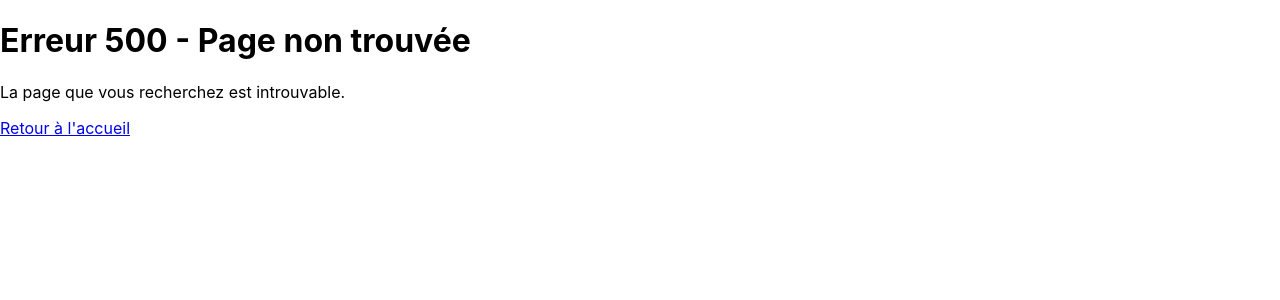
Repository: BAAOUA/Front_Pointage
Page: /Erruer/{msg}
The author's editor kept a copy of each file at every save. The page is drawn from the files as they stood at one save, then again after a run of saves.
The browser window is 1280 px wide. The pictures show the whole page.
The project was rebuilt for these pictures with package versions that can differ from the ones it lists, and the page was loaded fresh each time. Also part of the build but not shown: src/App.css, src/composantes/styles.css, src/composantes/Principale.jsx, src/composantes/AddEmployees.jsx, src/composantes/ListEmployees.jsx, src/composantes/Login.jsx.

Above is the page before, as saved 2025-02-20 10:32:44.

### src/App.js
import './App.css'
import './composantes/styles.css'

import { createBrowserRouter, RouterProvider } from 'react-router-dom'
import Principale from './composantes/Principale'
import AddEmployees from './composantes/AddEmployees'
import ListEmployees from './composantes/ListEmployees'
import Login from './composantes/Login'

import { Provider } from 'react-redux'
import store from './store/store'
import ProtectedRoute from './services/ProtectedRoute'
import Error500 from './composantes/ServerError'

const route = createBrowserRouter([
  {
    path:"/",
    element: <Principale/>,
    children: [
      {
        path: "/ajouter",
        element :
          <ProtectedRoute>
            <AddEmployees/>
          </ProtectedRoute>

      },
      {
        path : "/affiche",
        element:
          <ProtectedRoute>
            <ListEmployees/>
          </ProtectedRoute>

      }
    ]
  },
  {
    path: "/login",
    element : <Login/>
  },
  {
    path: "/Erruer/:msg",
    element : <Error500/>
  },
])

function App() {
  return (
    <Provider store={store}>
      <RouterProvider router={route}/>
    </Provider>
  );
}

export default App;

### src/store/store.jsx
import { configureStore } from "@reduxjs/toolkit";
import employeeRedicer from "./employeeSlice"

const store = configureStore({
  reducer:{
    "employee": employeeRedicer
  }
})

export default store

### src/services/ProtectedRoute.jsx
import { useEffect } from "react"
import { useLocation, useNavigate } from "react-router-dom"


export default function ProtectedRoute({children}){
  const navigate = useNavigate()
  const location = useLocation()

  const accessToken = localStorage.getItem("accessToken")
  //console.log("token   ", accessToken)
  useEffect(()=>{
    if(accessToken == null){
      localStorage.setItem('redirectTo', location.pathname)
      navigate("/login")
    }
  },[accessToken, navigate, location.pathname])

  return children
}

### src/composantes/ServerError.jsx
import { Link, useParams } from "react-router"


export default function Error500(){
  const msg = useParams('msg')
  return (
    <div>
      <h1>Erreur 500 - Page non trouvée</h1>
      <p>La page que vous recherchez est introuvable.</p>
      <Link to="/">Retour à l'accueil</Link>
    </div>
  )
}

### src/services/APIService.jsx
import axios from "axios";

const API = axios.create({
  baseURL: "http://localhost:8080",
  headers:{
    "Content-Type": "application/json"
  }
})

const configure = (isMultipartFile = false, config={})=>{
  if(isMultipartFile){
    config.headers = {
      ...config.headers, "Content-Type":"multipart/form-data"
    }
  }
  return config
}

const GET = async (url)=> {
  try {
    const config = configure()
    const response = await API.get(url, config)
    return response
  } catch (error) {
    return error
  }
}

const POST = async (url, data, isMultipartFile = false) => {
  try {
    const config = configure(isMultipartFile)
    const response = await API.post(url, data, config)
    return response
  } catch (error) {
    return error
  }
}

API.interceptors.response.use(
  (response) => {
    return {
      success: true,
      data: response.data
    }
  },
  async (error) => {
    if (error.response?.status === 500) {
      window.location = `/Erruer/Un erreur rencontrer`
    }
    if(error.response?.status ===403) {
      //window.location = "/login"
      window.history.back()
      alert('Accès refusé - Vous n\'avez pas les droits nécessaires')
    }

    const originalRequest = error.config

    if (error.response?.status === 401 && !originalRequest._retry) {
      originalRequest._retry = true

      try {
        const refreshToken = localStorage.getItem('refreshToken')
        localStorage.removeItem('accessToken')
        if (refreshToken == null) {
          localStorage.removeItem('accessToken')
          localStorage.removeItem('refreshToken')
          window.location.href = "/login"
        }
        const response = await API.post('/auth/refresh-token', refreshToken)
        const data = response.data
        console.log("repondse refresh token===========   ", data)

        localStorage.setItem('accessToken', data.accessToken)
        localStorage.setItem('refreshToken', data.refreshToken)
        originalRequest.headers.Authorization = `Bearer ${data.accessToken}`
        return API(originalRequest)

      } catch (refreshError) {

        localStorage.removeItem('accessToken')
        localStorage.removeItem('refreshToken')
        window.location.href = "/login"
      }
    }
    console.log("erreur.....")
    return Promise.reject(handleError(error))
  }
  )

API.interceptors.request.use(
  (request)=>{
    const token = localStorage.getItem("accessToken")
    if(token != null){
      request.headers = {
        ...request.headers,
        Authorization : `Bearer ${token}`
      }
    }
    return request
  },
  async (error)=>{
    return Promise.reject(handleError(error))
  }
)

const handleError = (error) => {
  if (error.response) {
    return {
      success: false,
      status: error.response?.status,
      message: error.response?.data || 'Une erreur est survenue',
      code: error.response?.code || 'UNKNOWN_ERROR',
    }
  } else if (error.request) {
    return {
      success: false,
      message: 'Problème de connexion au serveur.',
      code: 'NETWORK_ERROR',
    }

  } else {
    return {
      success: false,
      message: 'Une erreur inconnue est survenue.',
      code: 'UNKNOWN_ERROR',
    }
  }
}

export default API
export {GET, POST}

### src/store/employeeSlice.jsx
import { createAsyncThunk, createSlice } from "@reduxjs/toolkit";
import { GET, POST } from "../services/APIService";

export const fetchEmployees = createAsyncThunk('employee/fetch', async (date)=>{
  let response
  if(date == null){
    response = await GET('/employees')
    return response
  }else{
    response = await GET(`/employees?date=${date}`)
    return response
  }
})

export const addEmployees = createAsyncThunk('employees/add', async(data)=>{
  const response = await POST("/employees/add", data, true)
  return response
})
const employeeSlice = createSlice({
    name: "employee",
    initialState:{
      dbEmployees:[],
      employees:[],
      erreurMessage: null,
      successMessage : null,
      success : false
    },
    reducers:{
      clearMessages: (state) =>{
        state.erreurMessage = null
        state.successMessage = null
      }
    },
    extraReducers:(builder)=>{
      builder
        .addCase(fetchEmployees.pending, (state)=>{
          state.success = false
        })
        .addCase(fetchEmployees.fulfilled, (state, action)=>{
          if(action.payload.success){
            state.dbEmployees = action.payload.data
            state.employees = state.dbEmployees
            state.successMessage = null
            state.erreurMessage = null
          } else {
            //console.log("erreurndkndfv,")
            state.erreurMessage = action.payload.message
            state.successMessage =null
          }
        })
        .addCase(addEmployees.pending, (state)=>{
          state.success = false
        })
        .addCase(addEmployees.fulfilled, (state, action)=>{
          if(action.payload.success){
            state.success = true
            state.successMessage = "Les employées sont ajouter"
            state.erreurMessage = null
          } else {
            state.success = false
            state.erreurMessage = action.payload.message
            state.successMessage = null
          }
        })
        .addCase(addEmployees.rejected, (state)=>{
          //console.log("rejected actions  ", state)
          state.success = false
        })
    }

  })
//const {actions, reducer} = employeeSlice()

export const {clearMessages} = employeeSlice.actions
export default employeeSlice.reducer

Loaded but not shown: public/index.html (common file); src/index.js (common file); src/index.css (common file); src/reportWebVitals.js (common file)

After the next 4 saves:
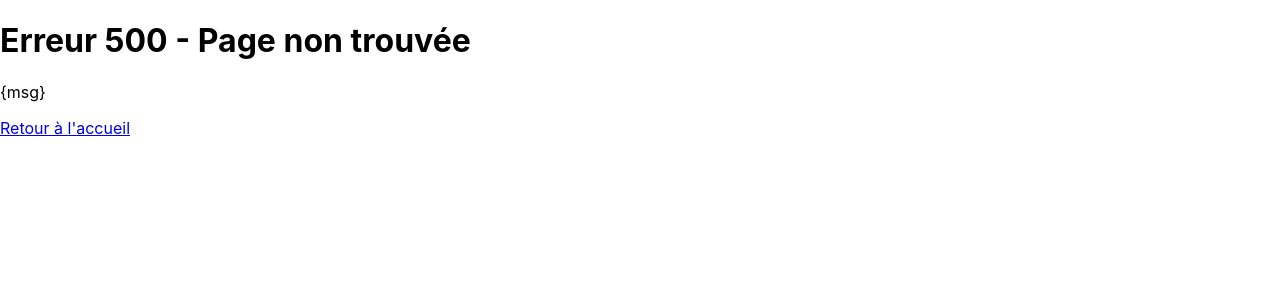
The 4 saves are shown as one change because 1 did not build or start and some came seconds apart.
The last was saved 2 min 16 s later.
--- a/src/composantes/ServerError.jsx
+++ b/src/composantes/ServerError.jsx
@@ -2,11 +2,11 @@ import { Link, useParams } from "react-router"
 
 
 export default function Error500(){
-  const msg = useParams('msg')
+  const {msg} = useParams('msg')
   return (
     <div>
       <h1>Erreur 500 - Page non trouvée</h1>
-      <p>La page que vous recherchez est introuvable.</p>
+      <p>{msg}</p>
       <Link to="/">Retour à l'accueil</Link>
     </div>
   )
